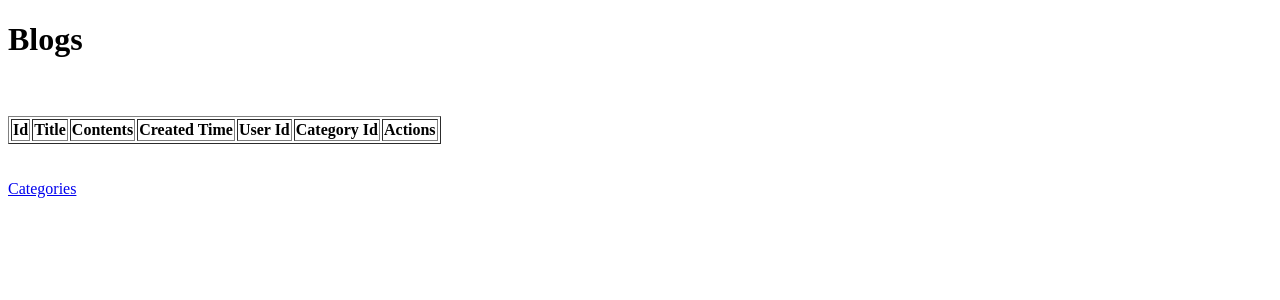
Repository: bhageshchincholi/AdvanceJava
Page: http://localhost/Blog/bloglist.jsp
An editor plug-in stored every save of this project. The page is shown before and after the next save, followed by the edit.
The browser window is 1280 px wide. The pictures show the whole page.
The page is served by Tomcat 9. Other server files are loaded and not shown. Queries for data that is not in the repository find no rows.

Above is the page before, as saved 2024-06-12 13:05:43.

### Blog/Blog/src/main/webapp/bloglist.jsp
<%@ page language="java" contentType="text/html; charset=ISO-8859-1"
    pageEncoding="ISO-8859-1"%>
<%@taglib prefix="tag" uri="http://java.sun.com/jsp/jstl/core" %>
<!DOCTYPE html>
<html>
<head>
<meta charset="ISO-8859-1">
<title>Blog List</title>
</head>
<body>
		<h1> ${initParam.appTitle} </h1>

		<br/>
		<br/>

		<jsp:useBean id="blb" class="com.blog.Bin.BlogListBin" />

		${ blb.fecthBlogs() }

		<table border="1">
			<thead>
				<tr>
				<th>Id</th>
				<th>Title</th>
				<th>Contents</th>
				<th>Created Time</th>
				<th>User Id</th>
				<th>Category Id</th>
				<th>Actions</th>
				</tr>
			</thead>

			<tbody>
			<%-- // internally called getBlogList(); --%>
				<tag:forEach var="b" items="${blb.blogList}">
					<tr>
						<td>${b.id }</td>
						<td>${b.title }</td>
						<td>${b.contents }</td>
						<td>${b.l1 }</td>
						<td>${b.userId }</td>
						<td>${b.categoryId }</td>
						<td>
							<a href="deleteBlog.jsp?id=${b.id }">
								<img src="http://pluspng.com/img-png/delete-button-png-delete-icon-1600.png" width='24' height='24'>
							</a>
						</td>
					</tr>
				</tag:forEach>
			</tbody>
		</table>
		<br/>
		<br/>
		<a href="categories.jsp">Categories</a>
		<br/><br/>
</body>
</html>

### Blog/Blog/src/main/java/com/blog/DAO/BlogDAO.java
package com.blog.DAO;

import java.sql.SQLException;
import java.util.List;

import com.blog.entity.Blog;
import com.blog.entity.User;

public interface BlogDAO extends AutoCloseable{

	 void addBlog(Blog b) throws SQLException;
	 List<Blog>displayAllBlogs() throws SQLException;
	 void updateBlog(int id,String contents) throws SQLException;
	 void searchBlog(String blog) throws SQLException;
	 void deleteMyBlog(User u) throws SQLException;
	 List<Blog> displayMyBlogs(User u) throws SQLException;
	 int deleteBlog(int id) throws Exception;

}

### Blog/Blog/src/main/java/com/blog/DAO/DAO.java
package com.blog.DAO;

import java.sql.Connection;
import java.sql.SQLException;

import com.blog.DBUtil.DBUtil;

public class DAO {

	protected Connection connection;
	public DAO() throws Exception {
		connection = DBUtil.getConnection();
	}
	public void close() {
		try {
			if(connection != null)
				connection.close();
		} catch (SQLException e) {
			e.printStackTrace();
		}
	}


}

### Blog/Blog/src/main/java/com/blog/DAO/BlogDAOImpl.java
package com.blog.DAO;

import java.sql.PreparedStatement;
import java.sql.ResultSet;
import java.sql.SQLException;
import java.util.ArrayList;
import java.util.List;

import com.blog.entity.Blog;
import com.blog.entity.User;

public class BlogDAOImpl extends DAO implements BlogDAO {

	public BlogDAOImpl() throws Exception {

	}

	public void addBlog(Blog b) throws SQLException
	{
		String query = "insert into blogs (title,contents,user_id,category_id) values (?,?,?,?)";
		PreparedStatement statement = connection.prepareStatement(query);
//		statement.setInt(1, b.getId());
		statement.setString(1, b.getTitle());
		statement.setString(2, b.getContents());
		statement.setInt(3,b.getUserId());
		statement.setInt(4, b.getCategoryId());

		statement.executeUpdate();
	}


	public List<Blog>displayAllBlogs() throws SQLException
	{
		String query = "Select * from blogs";
		PreparedStatement statement = connection.prepareStatement(query);
		ResultSet result = statement.executeQuery();
		List<Blog > blogsList = new ArrayList<>();

		while(result.next())
		{
			Blog blog = new Blog();
			blog.setId(result.getInt(1));
			blog.setTitle(result.getString(2));
			blog.setContents(result.getString(3));
			blog.setUserId(result.getInt(5));
			blog.setCategoryId(result.getInt(6));

			blogsList.add(blog);
		}
		return blogsList;
	}


	public void updateBlog(int id,String contents) throws SQLException
	{
		String query = "update blogs set contents = ?  where id = ?";
			PreparedStatement statement = connection.prepareStatement(query);
			statement.setString(1, contents);
			statement.setInt(2, id);
			statement.executeUpdate();
	}


	public void searchBlog(String blog) throws SQLException
	{
		String query = "select * from blogs";
		PreparedStatement statement = connection.prepareStatement(query);
		ResultSet set = statement.executeQuery();

		while(set.next())
		{
			Blog bl = new Blog();
			bl.setContents(set.getString(3));
			String []arr = bl.getContents().split(" ");
			for(String word:arr)
			{
				if(word.equalsIgnoreCase(blog))
				{
					System.out.println("Blog id : "+set.getInt(1));
					System.out.println("Contents : "+bl.getContents());
				}
			}
		}
	}

	public void deleteMyBlog(User u) throws SQLException{
		String sql = "delete from blogs where user_id = ?";
		PreparedStatement statement = connection.prepareStatement(sql);
		statement.setInt(1,u.getId());
		System.out.println(u.getId());
		int rowsAffected = statement.executeUpdate();
		if(rowsAffected > 0)
		{
			System.out.println(u.getId()+"Blog id deleted successfully !!");
		}
		else
			System.out.println("Blog is not present !!!");
	}


	public List<Blog> displayMyBlogs(User u) throws SQLException {
		String sql = "select * from blogs where user_id = ? ";

		List<Blog> myBlogList = new ArrayList<>();
		PreparedStatement statement = connection.prepareStatement(sql);

		statement.setInt(1, u.getId());
		ResultSet rs = statement.executeQuery();

		while(rs.next()) {
			Blog blog = new Blog();
			blog.setId(rs.getInt(1));
			blog.setContents(rs.getString(2));
			blog.setTitle(rs.getString(3));
			blog.setUserId(rs.getInt(5));
			blog.setCategoryId(rs.getInt(6));
			myBlogList.add(blog);
		}
		return myBlogList;

	}

	public int deleteBlog(int id) throws Exception {
		String sql = "DELETE FROM blogs WHERE id=?";
		try(PreparedStatement stmt = connection.prepareStatement(sql)) {
			stmt.setInt(1, id);
			int cnt = stmt.executeUpdate();
			return cnt;
		} //stmt.close();
	}

}

### Blog/Blog/src/main/java/com/blog/DBUtil/DBUtil.java
package com.blog.DBUtil;

import java.sql.Connection;
import java.sql.DriverManager;
import java.sql.SQLException;

public class DBUtil {

	public static final String DB_DRIVER = "com.mysql.cj.jdbc.Driver";
	public static final String DB_URL = "jdbc:mysql://localhost:3306/blog_db";
	public static final String DB_USER = "root";
	public static final String DB_PASSWD = "manager";


	//  if db driver is not present then it will exit
	static {
		try {
			Class.forName(DB_DRIVER);
		} catch (ClassNotFoundException e) {
			e.printStackTrace();
			System.exit(1);
		}
	}

	public static Connection getConnection() throws SQLException {
		Connection connection = DriverManager.getConnection(DB_URL, DB_USER, DB_PASSWD);
		return connection;
	}

}

### Blog/Blog/src/main/java/com/blog/entity/Blog.java
package com.blog.entity;

import java.time.LocalDateTime;

public class Blog {

	private int id;
	private String title;
	private String contents;
	private int userId;
	private int categoryId;
	LocalDateTime l1 = LocalDateTime.now();
	public Blog()
	{

	}

	public Blog(String title, String contents, int userId, int categoryId) {
		//super();
//		this.id = id;
		this.title = title;
		this.contents = contents;
		this.userId = userId;
		this.categoryId = categoryId;
	}

	public int getId() {
		return id;
	}

	public void setId(int id) {
		this.id = id;
	}

	public String getTitle() {
		return title;
	}

	public void setTitle(String title) {
		this.title = title;
	}

	public String getContents() {
		return contents;
	}

	public void setContents(String contents) {
		this.contents = contents;
	}

	public int getUserId() {
		return userId;
	}

	public void setUserId(int userId) {
		this.userId = userId;
	}

	public int getCategoryId() {
		return categoryId;
	}

	public void setCategoryId(int categoryId) {
		this.categoryId = categoryId;
	}


	public LocalDateTime getL1() {
		return l1;
	}

	public void setL1(LocalDateTime time) {
		this.l1 = time;
	}

	@Override
	public String toString() {
		return "Blog [id=" + id + ", title=" + title + ", contents=" + contents + ", userId=" + userId + ", categoryId="
				+ categoryId + ", l1=" + l1 + "]";
	}

}

After the next save:
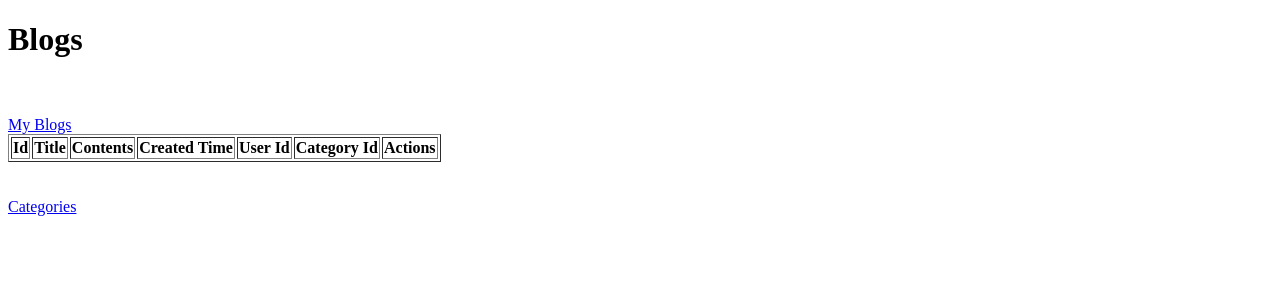
Saved 93 s later.
--- a/Blog/Blog/src/main/webapp/bloglist.jsp
+++ b/Blog/Blog/src/main/webapp/bloglist.jsp
@@ -17,6 +17,7 @@
 
 		${ blb.fecthBlogs() }
 
+		<a href="myBlogs.jsp">My Blogs</a>
 		<table border="1">
 			<thead>
 				<tr>
